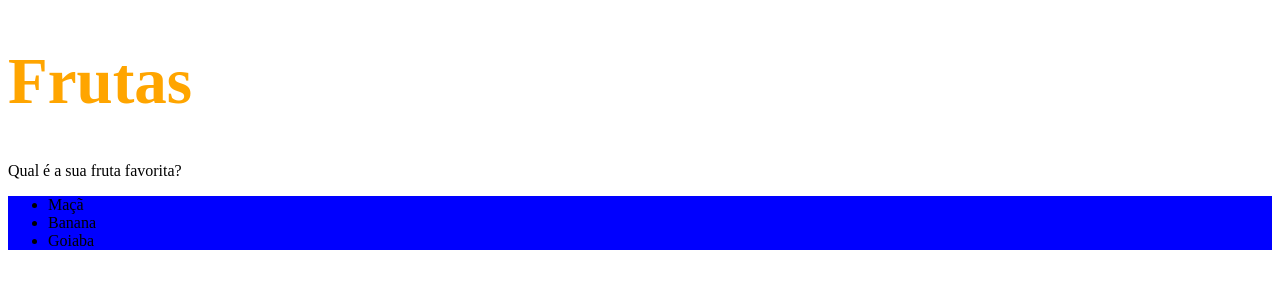
Repository: rafaelsales-97/dia2
Page: index.html
The author's editor kept a copy of each file at every save. The page is drawn from the files as they stood at one save, then again after the next save.
The browser window is 1280 px wide. The pictures show the whole page.

Above is the page before, as saved 2023-04-19 21:02:34.

### index.html
<!DOCTYPE html>
<html lang="pt-br">
  <head>
    <meta charset="UTF-8">
    <title>HTML</title>
    <style>
        h1{
            font-size: 65px;
            color: orange;
        }

        .listaNO{
            background-color: blue;
        }

    </style>
  </head>
  <body>
    <h1>Frutas</h1>
    <p>Qual é a sua fruta favorita?</p>
    <ul class="listaNO">
      <li>Maçã</li>
      <li>Banana</li>
      <li>Goiaba</li>
    </ul>
  </body>
</html>

After the next save:
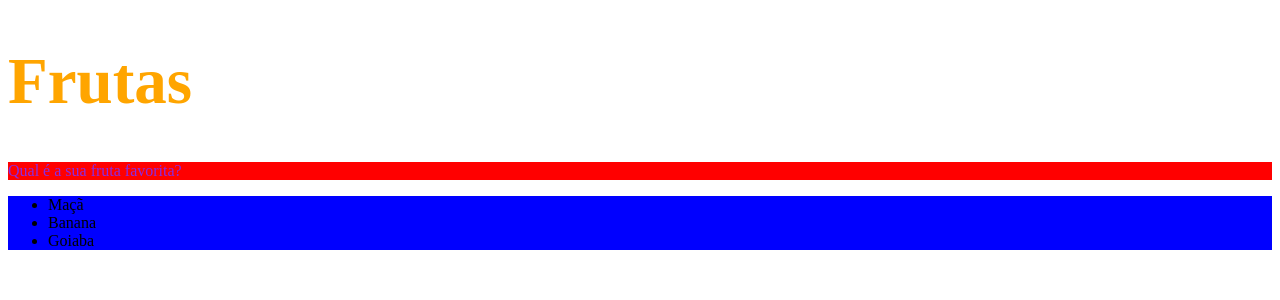
Saved 84 s later.
--- a/index.html
+++ b/index.html
@@ -12,6 +12,10 @@
         .listaNO{
             background-color: blue;
         }
+        p{
+            background-color: red;
+            color: blueviolet;
+        }
 
     </style>
   </head>
